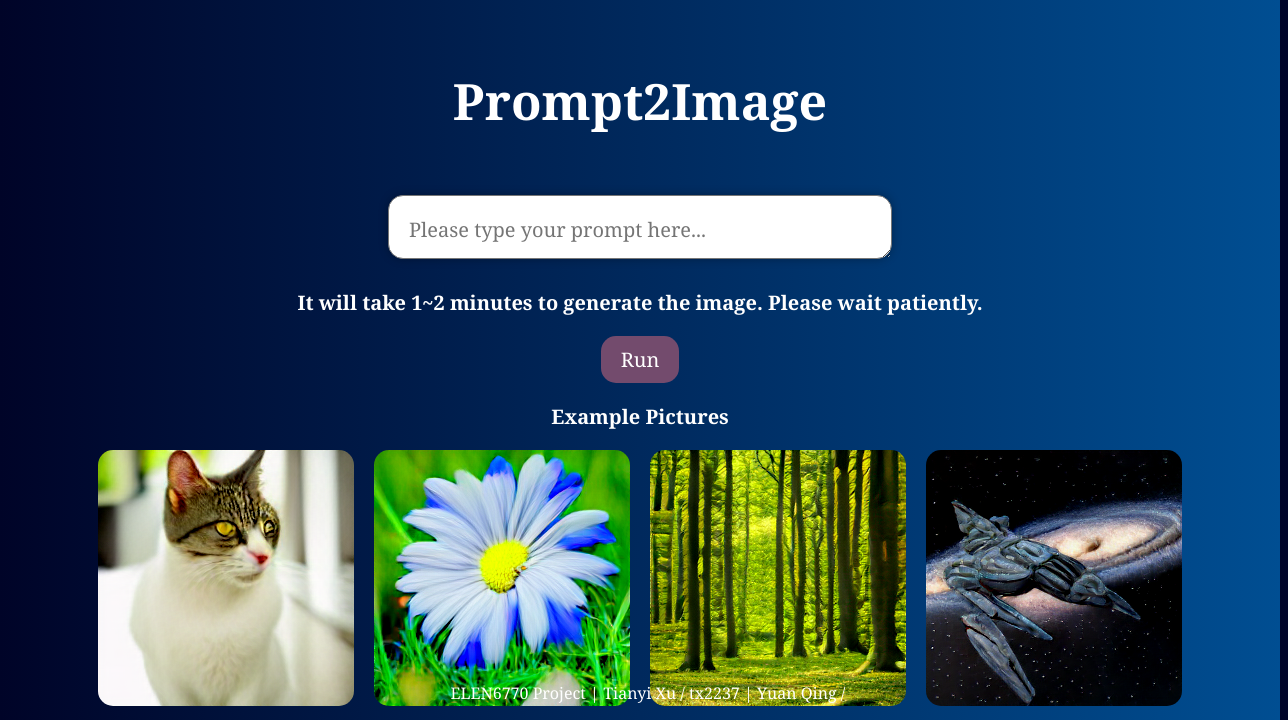
Repository: XTTTZ/Prompt2Image
Page: main4.html
These files come from the project's save history. The page is drawn as it stood at one moment and after the next save; the edit follows.
The browser window is 1280 px wide. The page is 1288 px wide, so the pictures cover 1288 px, including what lies to the right of the window. The pictures show the whole page.
The page's requests for data from a server got no answer.

Above is the page before, as saved 2023-12-01 02:15:03.

### main4.html
<!DOCTYPE html>
<html lang="en">

<head>
    <meta charset="UTF-8">
    <meta name="viewport" content="width=device-width, initial-scale=1.0">
    <title>Prompt2Image</title>
    <style>
        .center-label {
            text-align: center;
        }

        body {
            font-family: Georgia, serif;
            background: linear-gradient(to right, #000428, #004e92);
            /* 使图片覆盖整个背景 */
            color: #fff
        }

        header {
            background-color: rgba(0, 0, 0, 0);
            color: #fff;
            text-align: center;
            padding: 1em;
            font-family: Georgia, serif;
            font-size: 25px;
        }

        h1 {
            margin-bottom: 0.5em;
        }

        form {
            display: flex;
            /* 设置为Flex容器 */
            flex-direction: column;
            /* 子元素垂直堆叠 */
            align-items: center;
            /* 垂直居中 */
            justify-content: center;
            /* 水平居中，如果需要 */
            height: 100%;
            /* 根据需要设置高度 */
            font-size: 20px;
        }

        label {
            font-weight: bold;
            text-align: center;
            font-size: 20px;
        }

        textarea {
            padding-left: 1em;
            padding-top: 1em;
            margin: 0.5em 0;
            width: 24em;
            height: 2em;
            text-align: left;
            vertical-align: top;
            font-size: 20px;
            border-radius: 15px;
            box-shadow: 0 0 10px rgba(0, 0, 0, 0.3);
            font-family: Georgia, serif;

        }

        button {
            padding: 0.5em 1em;
            background-color: #734b6d;
            color: #fff;
            border: none;
            cursor: pointer;
            border-radius: 15px;
            font-size: 20px;
            font-family: Georgia, serif;
        }

        button:hover {
            background-color: #555;
        }

        img {
            border-radius: 15px;
        }

        #generatedImages {
            border-radius: 15px;
            text-align: center;
            margin: 1em;
            padding: 1em;
            background-color: #ffffff00;
        }
    </style>
</head>

<body>
    <header>
        <h1>Prompt2Image</h1>
    </header>

    <form id="bodyForm">
        <textarea placeholder="Please type your prompt here..." type="text" id="searchInput"
            name="searchInput"></textarea>
        <label>
            <p>It will take 1~2 minutes to generate the image. Please wait patiently.</p>
        </label>
        <button type="button" onclick="performSearch()">Run</button>
        <label id="timeValue"></label>
        <!-- Display generated images -->
        <label id="examplePic">
            <p>Example Pictures
            </p>
        </label>
    </form>
    <form id="exampleForm" style="flex-direction:row;gap:20px">
        <img src="/static/cute cat.png" title="cute cat">
        <img src="/static/flower on grass.png" title="flower on grass">
        <img src="/static/forest.png" title="forest">
        <img src="/static/spaceship in galaxy.png" title="spaceship in galaxy">
    </form>
    <form id="displayform">
        <div style="display:none" id="generatedImages"></div>
        <button id="downloadButton" onclick="downloadImages()" style="display:none">Download Images</button>
    </form>
    <footer style="position:absolute; bottom:0; text-align: center;width:100%">
        <p>ELEN6770 Project | Tianyi Xu / tx2237 | Yuan Qing / </p>
    </footer>

    <script>
        var server_addr = '34.67.111.69';
        var ip_addr;
        var second = 0;
        var clock;
        fetch('http://' + server_addr + '/ip', {
            method: 'GET',
            headers: {
                'Content-Type': 'application/x-www-form-urlencoded',
            },
        })
            .then(response => { return response.json() })
            .then(data => {
                ip_addr = data.ip_addr;
                console.log('ip_addr');
            }
            );
        function startTimer() {
            clearInterval(clock);
            clock = setInterval(timer, 1000);
            second = 0;
            timeValue.style.display = 'block';
            document.getElementById('timeValue').innerText = 'Run Time: ' + second + 's';
        }

        function timer() {
            second++;
            document.getElementById('timeValue').innerText = 'Run Time: ' + second + 's';
        }

        function stopTimer() {
            clearInterval(clock);
            clock = null;
            console.log('timerstop');
            document.getElementById('timeValue').innerText = 'Run Time: ' + second + 's';
        }

        function performSearch() {
            var searchInput = document.getElementById('searchInput').value;
            if (searchInput == '') {
                document.getElementById('timeValue').innerText = 'Please type your prompt!';
            }
            else {

                document.getElementById('exampleForm').style.display = 'none';
                document.getElementById('generatedImages').style.display = 'none';
                document.getElementById('downloadButton').style.display = 'none';
                fetch('http://' + server_addr + ':5000/search', {
                    method: 'POST',
                    headers: {
                        'Content-Type': 'application/x-www-form-urlencoded',
                    },
                    body: 'text=' + encodeURIComponent(searchInput)
                })
                    .then(response => {
                        return response.json();
                    })
                    .then(data => { checkStatusPic() });
                startTimer();
            }
        }

        function checkStatusPic() {
            stopTimer();
            var generatedImagesContainer = document.getElementById('generatedImages');
            var downloadButton = document.getElementById('downloadButton');

            // Clear previous content
            generatedImagesContainer.innerHTML = '';

            // Append image elements dynamically
            var img = document.createElement('img');
            img.src = 'http://' + server_addr + '/image/' + ip_addr + '/0?time=' + new Date().getTime();
            generatedImagesContainer.appendChild(img);
            // Display the container and download button
            generatedImagesContainer.style.display = 'block';
            downloadButton.style.display = 'block';
        }

        function downloadImages() {
            // Create a link element for each image and trigger download
            var url = 'http://' + server_addr + '/image/' + ip_addr + '/0?time=' + new Date().getTime();
            var downloadLink = document.createElement('a');
            downloadLink.href = url;
            // 指定下载的文件名，您可以根据需要更改它
            downloadLink.download = 'image.png';
            // 将 <a> 元素添加到文档中并点击它
            document.body.appendChild(downloadLink);
            downloadLink.click();
            // 清理并移除 <a> 元素
            document.body.removeChild(downloadLink);
        }
    </script>
</body>

</html>

After the next save:
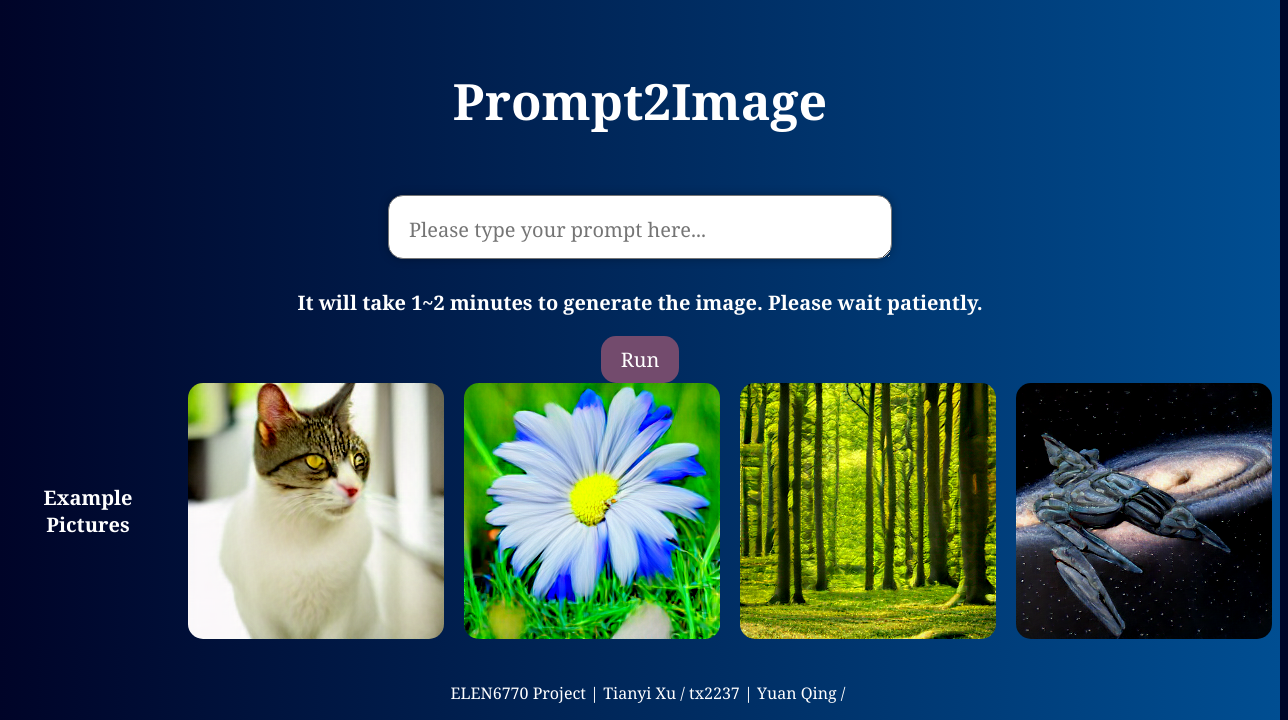
Saved 19 s later.
--- a/main4.html
+++ b/main4.html
@@ -108,12 +108,12 @@
         <button type="button" onclick="performSearch()">Run</button>
         <label id="timeValue"></label>
         <!-- Display generated images -->
+    </form>
+    <form id="exampleForm" style="flex-direction:row;gap:20px">
         <label id="examplePic">
             <p>Example Pictures
             </p>
         </label>
-    </form>
-    <form id="exampleForm" style="flex-direction:row;gap:20px">
         <img src="/static/cute cat.png" title="cute cat">
         <img src="/static/flower on grass.png" title="flower on grass">
         <img src="/static/forest.png" title="forest">

After the save that followed:
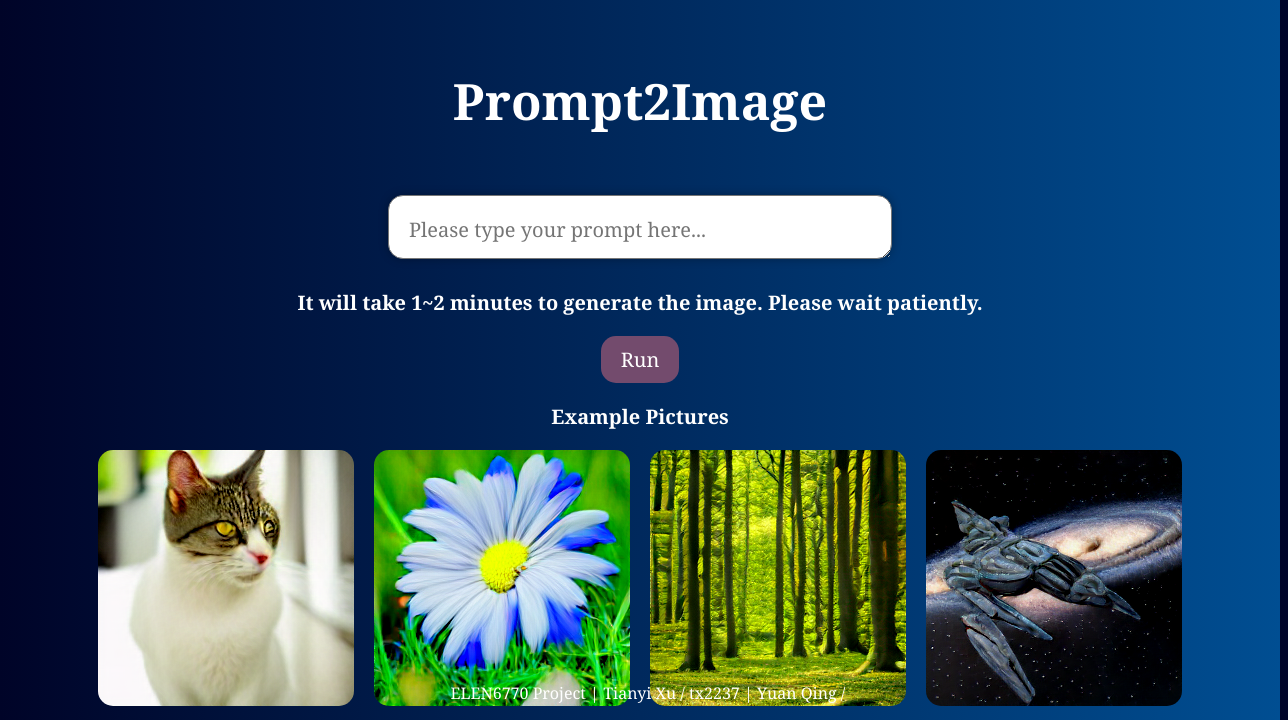
Saved 35 s later.
--- a/main4.html
+++ b/main4.html
@@ -109,11 +109,11 @@
         <label id="timeValue"></label>
         <!-- Display generated images -->
     </form>
+    <label id="examplePic">
+        <p>Example Pictures
+        </p>
+    </label>
     <form id="exampleForm" style="flex-direction:row;gap:20px">
-        <label id="examplePic">
-            <p>Example Pictures
-            </p>
-        </label>
         <img src="/static/cute cat.png" title="cute cat">
         <img src="/static/flower on grass.png" title="flower on grass">
         <img src="/static/forest.png" title="forest">
